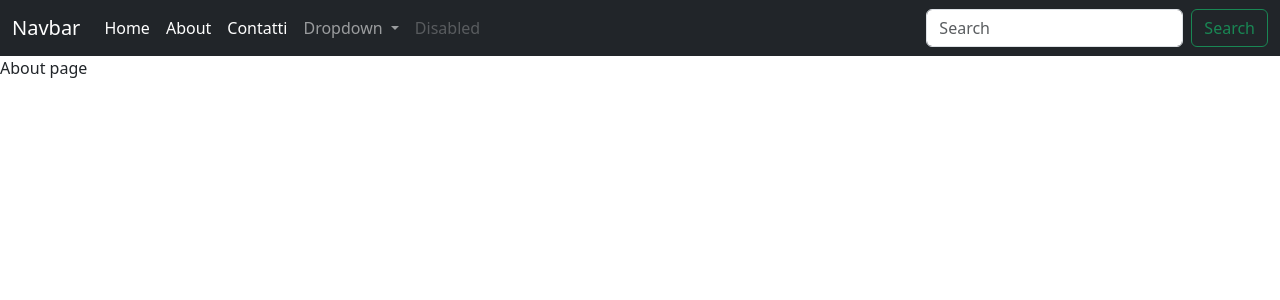
Repository: nicola-2000/progetto-tech-web
Page: http://localhost/about
The author's editor kept a copy of each file at every save. The page is drawn from the files as they stood at one save, then again after the next save.
The browser window is 1280 px wide. The pictures show the whole page.
The page is served by the project's Laravel application, run on PHP 8.4 with Laravel 12. Other server files are loaded and not shown. Style sheets and scripts are compiled from the project's sources, by tool versions that may differ from the author's.

Above is the page before, as saved 2024-05-12 19:18:49.

### routes/web.php
<?php

use Illuminate\Support\Facades\Route;

Route::get('/', function () {
    return view('home');
});

Route::get('/about', function(){
    return view('about');
});

Route::get('/contacts', function(){
    return view('contacts');
});

### resources/views/about.blade.php
<x-layout>
    About page
</x-layout>

### resources/views/components/layout.blade.php
<!doctype html>
<html lang="{{ str_replace('_', '-', app()->getLocale()) }}">
<head>
    <meta charset="utf-8">
    <meta name="viewport" content="width=device-width, initial-scale=1">

    <!-- CSRF Token -->
    <meta name="csrf-token" content="{{ csrf_token() }}">

    <title>{{ config('app.name', 'Laravel') }}</title>

    <!-- Scripts -->
    @vite(['resources/sass/app.scss', 'resources/js/app.js'])

</head>
<body>
    <x-navbar>

    </x-navbar>
    {{$slot}}
</body>
</html>

### resources/views/components/navbar.blade.php
<nav class="navbar navbar-expand-lg navbar-dark bg-dark">
  <div class="container-fluid">
    <a class="navbar-brand" href="#">Navbar</a>
    <button class="navbar-toggler" type="button" data-bs-toggle="collapse" data-bs-target="#navbarSupportedContent" aria-controls="navbarSupportedContent" aria-expanded="false" aria-label="Toggle navigation">
      <span class="navbar-toggler-icon"></span>
    </button>
    <div class="collapse navbar-collapse" id="navbarSupportedContent">
      <ul class="navbar-nav me-auto mb-2 mb-lg-0">
        <x-nav-link href="/" class="nav-link active" aria-current="page">
            Home
        </x-nav-link>
        <x-nav-link href="/about" class="nav-link active" aria-current="page">
            About
        </x-nav-link>
        <x-nav-link href="/contacts" class="nav-link active" aria-current="page">
            Contatti
        </x-nav-link>
        <li class="nav-item dropdown">
          <a class="nav-link dropdown-toggle" href="#" id="navbarDropdown" role="button" data-bs-toggle="dropdown" aria-expanded="false">
            Dropdown
          </a>
          <ul class="dropdown-menu" aria-labelledby="navbarDropdown">
            <li><a class="dropdown-item" href="#">Action</a></li>
            <li><a class="dropdown-item" href="#">Another action</a></li>
            <li><hr class="dropdown-divider"></li>
            <li><a class="dropdown-item" href="#">Something else here</a></li>
          </ul>
        </li>
        <li class="nav-item">
          <a class="nav-link disabled" href="#" tabindex="-1" aria-disabled="true">Disabled</a>
        </li>
      </ul>
      <form class="d-flex">
        <input class="form-control me-2" type="search" placeholder="Search" aria-label="Search">
        <button class="btn btn-outline-success" type="submit">Search</button>
      </form>
    </div>
  </div>
</nav>

### resources/views/components/nav-link.blade.php
<li class="nav-item">
    <a {{$attributes}}>{{$slot}}</a>
</li>

### resources/sass/app.scss
// Fonts
@import url('https://fonts.bunny.net/css?family=Nunito');

// Bootstrap
@import 'bootstrap/scss/bootstrap';

After the next save:
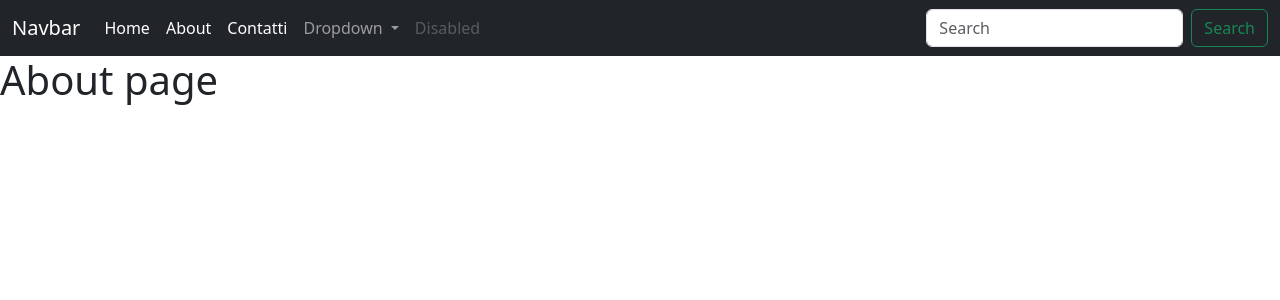
Saved 12 s later.
--- a/resources/views/about.blade.php
+++ b/resources/views/about.blade.php
@@ -1,3 +1,3 @@
 <x-layout>
-    About page
+    <h1>About page</h1>
 </x-layout>
